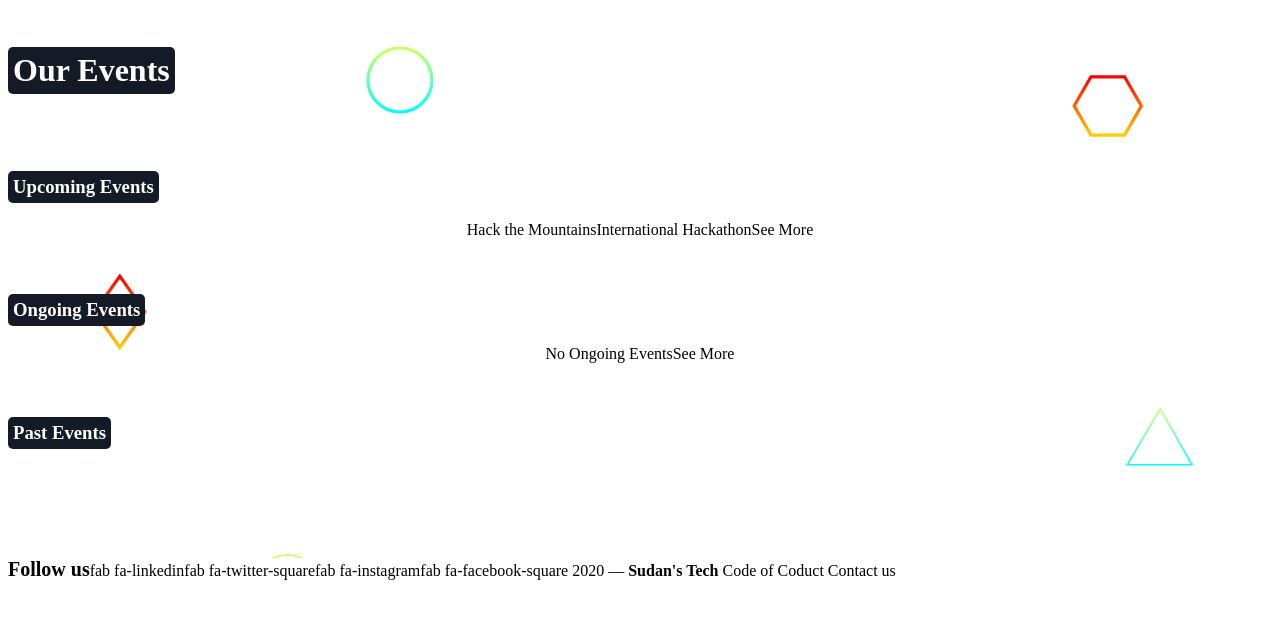
Repository: Sudan-s-Tech/Sudans-Tech
Page: /events
An editor plug-in stored every save of this project. The page is shown before and after the next save, followed by the edit.
The browser window is 1280 px wide. The pictures show the whole page.
The project was rebuilt for these pictures with package versions that can differ from the ones it lists, and the page was loaded fresh each time. The framework's server and built-in components were replaced by stand-ins that run in the browser. Also part of the build but not shown: layouts/error.vue.

Above is the page before, as saved 2020-07-31 23:15:39.

### layouts/default.vue
<template>
  <v-app id="app">
    <appnavbar :items="items"></appnavbar>
    <nuxt/>
    <appfooter></appfooter>
  </v-app>
</template>

<script>
import navbar from "~/components/navbar"
import footer from "~/components/footer"

export default {
  data () {
    return {
      clipped: false,
      drawer: false,
      fixed: false,
      items: [
        {
          title: 'Home',
          to: '/'
        },
        {
          title: 'Events',
          to: '/events'
        },
        {
          title: 'Training',
          to: '/training'
        },
      ],
      miniVariant: false,
      right: true,
      rightDrawer: false,
      title: 'Vuetify.js'
    }
  },
  components:{
    appnavbar: navbar,
    appfooter: footer
  }

}
</script>


<style>

</style>

### store/events.js
export const state = () => ({
    events: [  {
                        heading: 'Hack the Mountains',
                        description: 'International Hackathon',
                        link: 'https://www.hackthemountain.tech/',
                        startdate: '10-10-2020',
                        enddate: '11-10-2020'
               },
            ],
  })

### store/team.js
export const state = () =>({
    members : [{
                name: 'member',
                description: 'LOrem Ipsum Doler sit ok chahdasdasdfafjngndfkjfm sjdnfsjdfsjcn',
                twitter: 'https://twitter.com',
                linkedin: 'https://linkedin.com',
                image: 'js.png'
               }
]
})

### pages/events/index.vue
<template>
<div id="event">
    <br>
    <v-container>
    <h1>Our Events</h1>
    <br><br>
    <div>
    <h3>Upcoming Events</h3>
    <eventcardgrid type="upcomingevents"/>
    </div>
    <br><br>
    <div>
    <h3>Ongoing Events</h3>
    <eventcardgrid type="ongoingevents" />
    </div>
    <br><br>
    <div>
        <h3>Past Events</h3>
        <eventtable/>
    </div>
    </v-container>
    <br><br><br><br><br>
</div>
</template>


<script>
import eventcardgrid from "@/components/eventcardgrid"
import eventtable from "@/components/eventtable"
export default {
    components:{
        eventcardgrid:eventcardgrid,
        eventtable: eventtable
    },
}
</script>


<style scoped>
#event{
    background-color: #ffffff;
background-image: url("data:[embedded picture, 1203 characters]");
background-attachment: fixed;
background-size: cover;
}

h3,h1{
    display: table; /* keep the background color wrapped tight */
    /* margin: 0px auto 0px auto; keep the table centered */
    padding:5px;
    background-color:#151b26;
    color:#ffffff;
    border-radius: 5px;
    /* text-align: center; */
}
</style>

### components/navbar.vue
<template>
  <div>
    <v-app-bar
      color="primary accent-4"
      dense
      dark
    >
    <v-app-bar-nav-icon @click="drawer = true" v-if="screensize"></v-app-bar-nav-icon>
    <nuxt-link to="/" class="home"><v-toolbar-title>Sudan's Tech</v-toolbar-title></nuxt-link>

      <v-spacer></v-spacer>
      <div class="navbtn" v-if="!screensize">
      <v-tabs
      background-color="primary accent-4"
      center-active
      dark
      >
      <v-tab v-for="(item,i) in items" :key="i" :to="item.to">
          {{item.title}}
      </v-tab>
      </v-tabs>
      </div>
    </v-app-bar>
    <v-navigation-drawer
      color="primary accent-4"
      v-model="drawer"
      absolute
      temporary
      v-if="screensize"
    >
      <v-list
        nav
        dense
      >
        <v-list-item-group
        color="white"
        >
        <v-list-item>
          <img src="@/assets/python.jpg" width="100%">
        </v-list-item>
          <v-list-item v-for="(item,i) in items" :key="i" :to="item.to" color="white">
            <v-list-item-title color="white"><v-tab color="white">{{item.title}}</v-tab></v-list-item-title>
          </v-list-item>

        </v-list-item-group>
      </v-list>
    </v-navigation-drawer>
  </div>
</template>

<script>
export default {
name: "navbar",
props:['items'],
data: function (){
  return{
    drawer: false,
  }
},
computed:{
  screensize: function(){
    switch (this.$vuetify.breakpoint.name) {
      case 'xs': return true
      case 'sm': return true
      case 'md': return false
      case 'lg': return false
      case 'xl': return false
  }
  }
}
}
</script>

<style scoped>

.home{
    text-decoration: none;
    color: white;
}

.navbtn a{
    margin-left: 10px;
}

</style>>

### components/footer.vue
<template>
  <v-footer
    color="accent lighten-1"
    padless
    inset
    width="auto"
  >
    <v-row
      justify="start"
      no-gutters
    >



     <v-col
        class="primary  py-4 text-center white--text"
        cols="12"
      >
        <strong style="font-size: 20px">Follow us</strong>

          <span>
            <v-btn class="ma-2" large color="success" href="#">
                 <v-icon>fab fa-linkedin</v-icon>
                </v-btn>
           <v-btn class="ma-2" large color="success" href="#">
                <v-icon>fab fa-twitter-square</v-icon>
                </v-btn>
                <v-btn class="ma-2" large color="success" href="#">
                <v-icon>fab fa-instagram</v-icon>
                </v-btn>
                 <v-btn class="ma-2" large color="success" href="#">
                <v-icon>fab fa-facebook-square</v-icon>
                </v-btn>
          </span>


      </v-col>

      <v-col
        class="primary py-4 text-center white--text"
        cols="12"
      >
        {{ new Date().getFullYear() }} — <strong>Sudan's Tech</strong>
        <v-btn color="white"
        text
        rounded
        class="my-2" v-for="(item,i) in links" :key="i" :to="item.to">
          {{item.title}}
      </v-btn>
      </v-col>
    </v-row>
  </v-footer>
</template>

<script>
  export default {
    data: () => ({
      app: true,
      links: [
        {
          title: 'Code of Coduct',
          to: '/coc'
        },
        {
          title: 'Contact us',
          to: '/contact'
        },
      ],
    }),
  }
</script>

### components/eventcardgrid.vue
<template>
  <v-row
    align="center">
    <v-col
            md="3"
            lg="3"
            sm="12"
            cols="12"
            class="pa-2"
            v-for="(item,i) in items"
            :key="i"
      >
      <eventcard :item="item" />
    </v-col>
    </v-row>
</template>

<script>
import eventcard from "@/components/eventcard"
export default {
    name: 'eventcardgrid',
    components:{
        eventcard:eventcard,
    },
    props:['type'],
    data: function(){
      return {
      items: [],
      currentdate: null
        }
      },
    mounted(){
      var eventitems=this.$store.state.events.events
      this.getNow()
      if(this.type==='upcomingevents'){
        for(var i=0;i<eventitems.length;i++){
          if(parseInt(eventitems[i].startdate.split('-')[2])>parseInt(this.currentdate.split('-')[2])){
            this.items.push(eventitems[i])
          }
          else if(parseInt(eventitems[i].startdate.split('-')[2])==parseInt(this.currentdate.split('-')[2]))
          {
            if(parseInt(eventitems[i].startdate.split('-')[1])>parseInt(this.currentdate.split('-')[1])){
            this.items.push(eventitems[i])
          }
            else if(parseInt(eventitems[i].startdate.split('-')[1])==parseInt(this.currentdate.split('-')[1])){
              if(parseInt(eventitems[i].startdate.split('-')[0])>parseInt(this.currentdate.split('-')[0])){
            this.items.push(eventitems[i])
          }
            }
          }
        }
         if(this.items.length===0)
        this.items.push({       heading: 'No Upcoming Events',
                      description: null,
                      link: '#',
                      startdate: null,
                      enddate: null
              })
      }
      if(this.type==='ongoingevents'){
        for(var i=0;i<eventitems.length;i++){
          if(parseInt(eventitems[i].enddate.split('-')[2])>parseInt(this.currentdate.split('-')[2]) && parseInt(eventitems[i].startdate.split('-')[2])<parseInt(this.currentdate.split('-')[2])){
            this.items.push(eventitems[i])
          }
          else if(parseInt(eventitems[i].enddate.split('-')[2])==parseInt(this.currentdate.split('-')[2]) && parseInt(eventitems[i].startdate.split('-')[2])==parseInt(this.currentdate.split('-')[2]) || parseInt(eventitems[i].enddate.split('-')[2])==parseInt(this.currentdate.split('-')[2]) && parseInt(eventitems[i].startdate.split('-')[2])<parseInt(this.currentdate.split('-')[2]) || parseInt(eventitems[i].enddate.split('-')[2])>parseInt(this.currentdate.split('-')[2]) && parseInt(eventitems[i].startdate.split('-')[2])==parseInt(this.currentdate.split('-')[2]))
          {
            if(parseInt(eventitems[i].enddate.split('-')[1])>parseInt(this.currentdate.split('-')[1]) && parseInt(eventitems[i].startdate.split('-')[1])<parseInt(this.currentdate.split('-')[1])){
            this.items.push(eventitems[i])
          }
            else if(parseInt(eventitems[i].enddate.split('-')[1])==parseInt(this.currentdate.split('-')[1]) && parseInt(eventitems[i].startdate.split('-')[1])==parseInt(this.currentdate.split('-')[1]) || parseInt(eventitems[i].enddate.split('-')[1])==parseInt(this.currentdate.split('-')[1]) && parseInt(eventitems[i].startdate.split('-')[1])<parseInt(this.currentdate.split('-')[1]) || parseInt(eventitems[i].enddate.split('-')[1])>parseInt(this.currentdate.split('-')[1]) && parseInt(eventitems[i].startdate.split('-')[1])==parseInt(this.currentdate.split('-')[1])){
          {
                 if(parseInt(eventitems[i].enddate.split('-')[1])==parseInt(this.currentdate.split('-')[1]) && parseInt(eventitems[i].startdate.split('-')[1])==parseInt(this.currentdate.split('-')[1])){
                   if(parseInt(eventitems[i].enddate.split('-')[0])>=parseInt(this.currentdate.split('-')[0]) && (parseInt(eventitems[i].startdate.split('-')[0])<=parseInt(this.currentdate.split('-')[0])))
                    this.items.push(eventitems[i])
                 }

               else if(parseInt(eventitems[i].enddate.split('-')[1])==parseInt(this.currentdate.split('-')[1])){
                  if(parseInt(eventitems[i].enddate.split('-')[0])>=parseInt(this.currentdate.split('-')[0]))
                  this.items.push(eventitems[i])
            }
              else if (parseInt(eventitems[i].startdate.split('-')[1])==parseInt(this.currentdate.split('-')[1])){
                 if(parseInt(eventitems[i].startdate.split('-')[0])<=parseInt(this.currentdate.split('-')[0]))
                  this.items.push(eventitems[i])
              }
          }
            }
          }
        }
        if(this.items.length===0)
        this.items.push({heading: 'No Ongoing Events',
                      description: null,
                      link: '#',
                      startdate: null,
                      enddate: null
              })
      }
    },
    methods: {
            getNow: function() {
                const today = new Date();
                const date = today.getDate()+'-'+(today.getMonth()+1)+'-'+today.getFullYear();
                this.currentdate = date;
            }
        },
}
</script>

<style scoped>

</style>

### components/eventtable.vue
<template>
  <div>
      <v-data-table
    :headers="headers"
    :items="items"
    :items-per-page="5"
    class="elevation-1"
  >
   <template v-slot:item.link="{ item }">
        <a :href="item.link" target="_blank">See More</a>
    </template>
  </v-data-table>
  </div>
</template>

<script>
export default {
    name: 'eventtable',
     data () {
      return {
        items: [],
        headers: [
          {
            text: 'Event Name',
            align: 'start',
            sortable: false,
            value: 'heading',
          },
          { text: 'Date', value: 'startdate' },
          { text: 'See More', value: 'link' },
        ],
      }
    },
  mounted(){
     var eventitems=this.$store.state.events.events
      this.getNow()
     for(var i=0;i<eventitems.length;i++){
          if(parseInt(eventitems[i].enddate.split('-')[2])<parseInt(this.currentdate.split('-')[2])){
            this.items.push(eventitems[i])
          }
          else if(parseInt(eventitems[i].enddate.split('-')[2])==parseInt(this.currentdate.split('-')[2]))
          {
            if(parseInt(eventitems[i].enddate.split('-')[1])<parseInt(this.currentdate.split('-')[1])){
            this.items.push(eventitems[i])
          }
            else if(parseInt(eventitems[i].enddate.split('-')[1])==parseInt(this.currentdate.split('-')[1])){
              if(parseInt(eventitems[i].enddate.split('-')[0])<parseInt(this.currentdate.split('-')[0])){
            this.items.push(eventitems[i])
          }
            }
          }
        }
         if(this.items.length===0)
        this.items.push({heading: 'No Past Events',
                      description: null,
                      link: '#',
                      startdate: null,
                      enddate: null
              })
  },
    methods: {
            getNow: function() {
                const today = new Date();
                const date = today.getDate()+'-'+(today.getMonth()+1)+'-'+today.getFullYear();
                this.currentdate = date;
            }
},
}
</script>

<style scoped>

</style>

### components/eventcard.vue
<template>
  <div>
      <v-card
    class="mx-auto"
    max-width="300"
    elevation="15"
  >
    <v-list-item three-line>
      <v-list-item-content>
        <v-list-item-title class="headline mb-1">{{item.heading}}</v-list-item-title>
        <v-list-item-subtitle>{{item.description}}</v-list-item-subtitle>
      </v-list-item-content>
    </v-list-item>

    <v-card-actions>
      <v-btn text :href="item.link">See More</v-btn>
    </v-card-actions>
  </v-card>
  </div>
</template>

<script>
export default {
    name: 'eventcard',
    props:['item']
}
</script>

<style scoped>

</style>

Loaded but not shown: store/training.js (260 lines, source omitted); store/index.js (no copy from this time; the picture is the same without it)

After the next save:
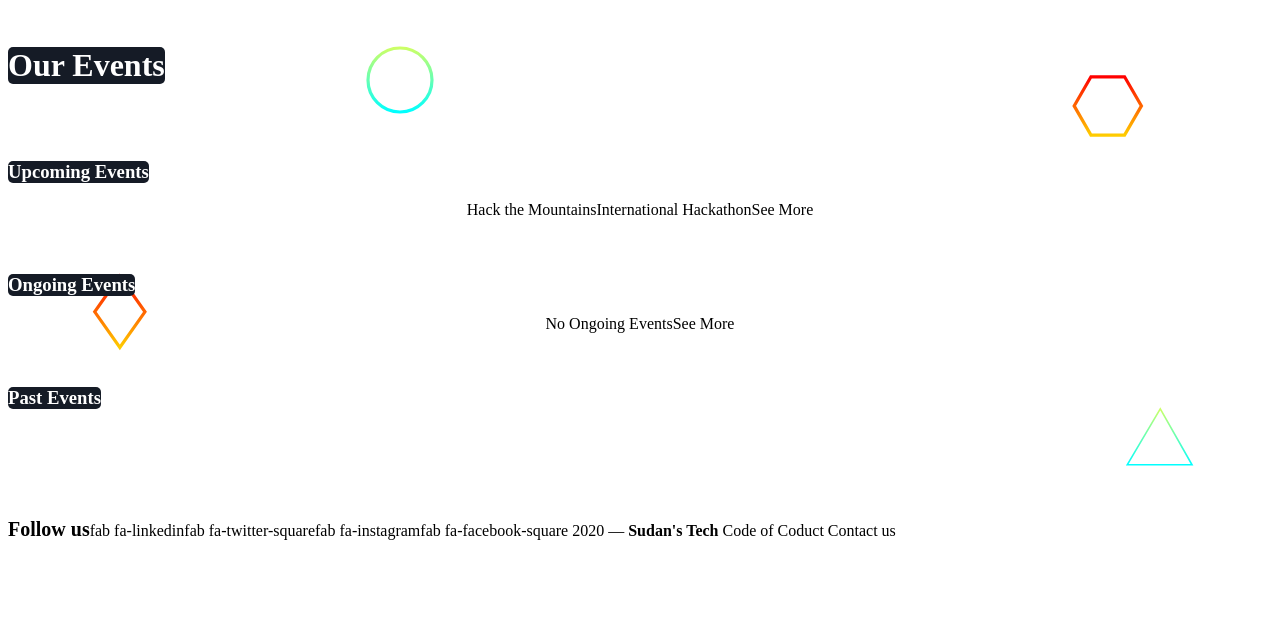
Saved 34 s later.
--- a/pages/events/index.vue
+++ b/pages/events/index.vue
@@ -47,7 +47,7 @@
 h3,h1{
     display: table; /* keep the background color wrapped tight */
     /* margin: 0px auto 0px auto; keep the table centered */
-    padding:5px;
+    /* padding:5px; */
     background-color:#151b26;
     color:#ffffff;
     border-radius: 5px;

After the save that followed:
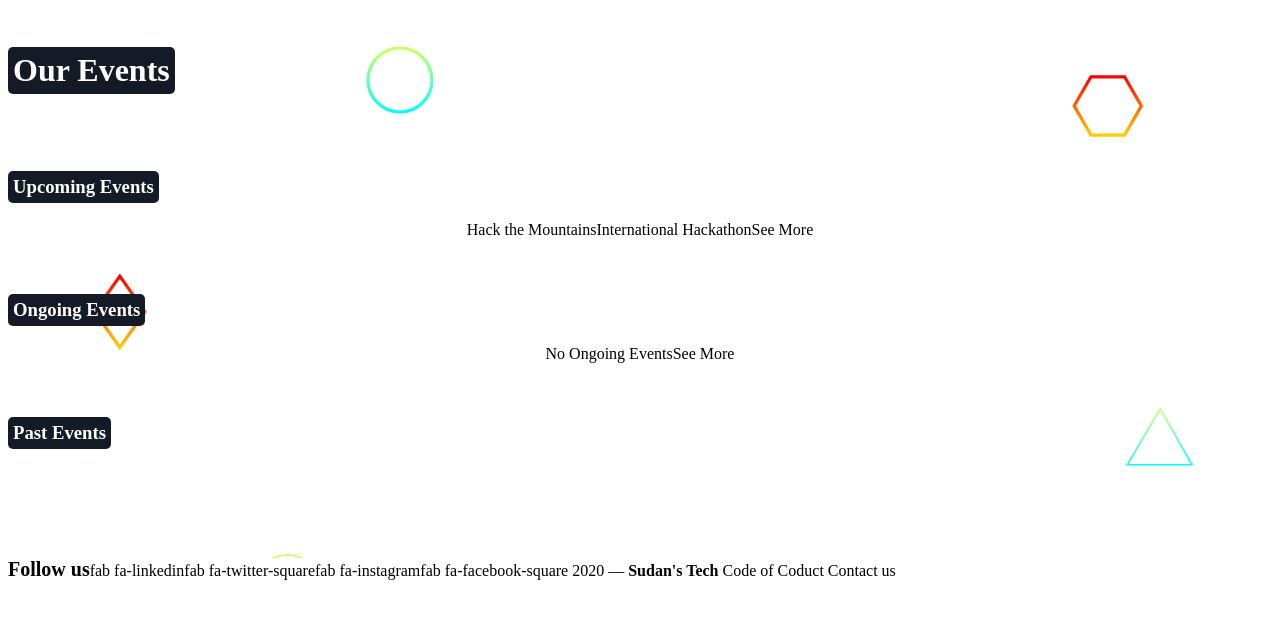
Saved 14 s later.
--- a/pages/events/index.vue
+++ b/pages/events/index.vue
@@ -47,7 +47,7 @@
 h3,h1{
     display: table; /* keep the background color wrapped tight */
     /* margin: 0px auto 0px auto; keep the table centered */
-    /* padding:5px; */
+    padding:5px;
     background-color:#151b26;
     color:#ffffff;
     border-radius: 5px;
